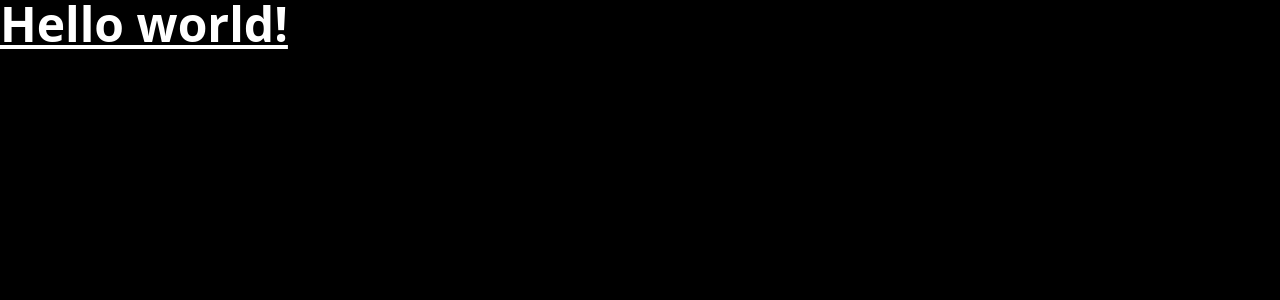
Repository: kocokoy/apple_website
Page: /
An editor plug-in stored every save of this project. The page is shown before and after the next save, followed by the edit.
The browser window is 1280 px wide. The pictures show the whole page.
The project was rebuilt for these pictures with package versions that can differ from the ones it lists, and the page was loaded fresh each time. Also part of the build but not shown: vite.config.js.

Above is the page before, as saved 2025-05-19 15:59:30.

### src/index.css
@tailwind base;
@tailwind components;
@tailwind utilities;


* {
  margin: 0;
  padding: 0;
  box-sizing: border-box;
}

body {
  color: white;
  width: 100dvw;
  overflow-x: hidden;
  height: 100%;
  background: #000;
  border-color: #3b3b3b;
  user-select: none;
}

canvas {
  touch-action: none;
}

.scrim-max-width {
  margin-inline-start: auto;
  margin-inline-end: auto;
  position: relative;
  max-width: 1120px;
}

@layer utilities {
  .flex-center {
    @apply flex items-center justify-center
  }

  .nav-height {
    @apply h-[calc(100vh-60px)]
  }

  .btn {
    @apply px-5 py-2 rounded-3xl bg-blue my-5 hover:bg-transparent border border-transparent hover:border hover:text-blue hover:border-blue;
  }

  .color-container {
    @apply flex items-center justify-center px-4 py-4 rounded-full bg-gray-300 backdrop-blur
  }

  .size-btn-container {
    @apply flex items-center justify-center p-1 rounded-full bg-gray-300 backdrop-blur ml-3 gap-1
  }

  .size-btn {
    @apply w-10 h-10 text-sm flex justify-center items-center bg-white text-black rounded-full transition-all
  }

  .common-padding {
    @apply sm:py-32 py-20 sm:px-10 px-5
  }

  .section-heading {
    @apply text-gray lg:text-6xl md:text-5xl text-3xl lg:mb-0 mb-5 font-medium opacity-0 translate-y-20
  }

  .feature-text {
    @apply text-gray max-w-md text-lg md:text-xl font-semibold opacity-0 translate-y-[100px]
  }

  .feature-text-container {
    @apply w-full flex-center flex-col md:flex-row mt-10 md:mt-16 gap-5
  }

  .feature-video {
    @apply w-full h-full object-cover object-center scale-150 opacity-0
  }

  .feature-video-container {
    @apply w-full flex flex-col md:flex-row gap-5 items-center
  }

  .link {
    @apply text-blue hover:underline cursor-pointer flex items-center text-xl opacity-0 translate-y-20
  }

  .control-btn {
    @apply ml-4 p-4 rounded-full bg-gray-300 backdrop-blur flex-center
  }

  .hero-title {
    @apply text-center font-semibold text-3xl text-gray-100 opacity-0 max-md:mb-10
  }

  .hiw-title {
    @apply text-4xl md:text-7xl font-semibold text-center
  }

  .hiw-subtitle {
    @apply text-gray font-semibold text-xl md:text-2xl py-10 text-center
  }

  .hiw-video {
    @apply absolute w-[95%] h-[90%] rounded-[56px] overflow-hidden
  }

  .hiw-text-container {
    @apply flex md:flex-row flex-col justify-between items-start gap-24
  }

  .hiw-text {
    @apply text-gray text-xl font-normal md:font-semibold
  }

  .hiw-bigtext {
    @apply text-white text-3xl md:text-5xl font-normal md:font-semibold my-2
  }

  .video-carousel_container {
    @apply relative sm:w-[70vw] w-[88vw] md:h-[70vh] sm:h-[50vh] h-[35vh]
  }

  .g_fadeIn {
    @apply opacity-0 translate-y-[100px]
  }
}

### src/App.jsx
const App = () => {
  return (
    <h1 className="text-5xl font-bold underline">
      Hello world!
    </h1>
  )
}

export default App

Loaded but not shown: index.html (common file); src/main.jsx (common file); tailwind.config.js (common file)

After the next save:
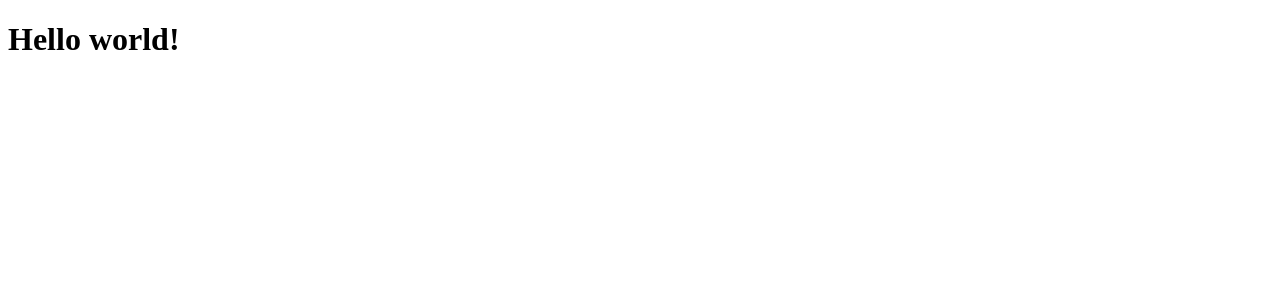
Saved 35 s later.
--- a/src/index.css
+++ b/src/index.css
@@ -1,4 +1,4 @@
-@tailwind base;
+/* @tailwind base;
 @tailwind components;
 @tailwind utilities;
 
@@ -122,4 +122,4 @@
   .g_fadeIn {
     @apply opacity-0 translate-y-[100px]
   }
-}
+} */

After the save that followed:
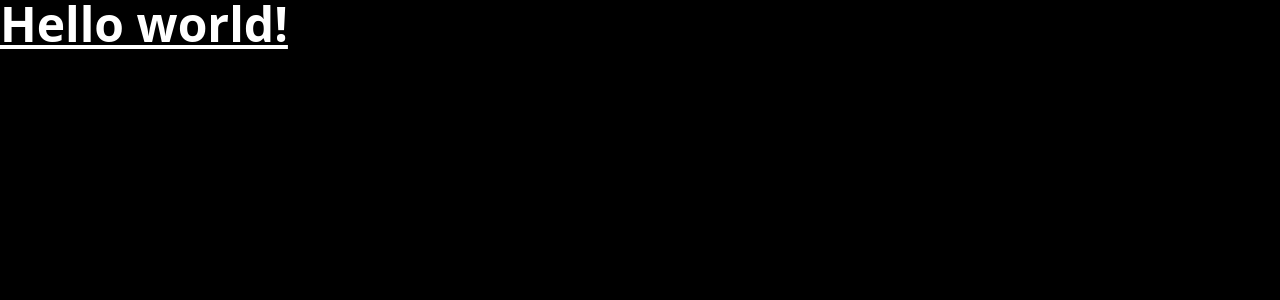
Saved 9 s later.
--- a/src/index.css
+++ b/src/index.css
@@ -1,4 +1,4 @@
-/* @tailwind base;
+@tailwind base;
 @tailwind components;
 @tailwind utilities;
 
@@ -122,4 +122,4 @@
   .g_fadeIn {
     @apply opacity-0 translate-y-[100px]
   }
-} */
+}
